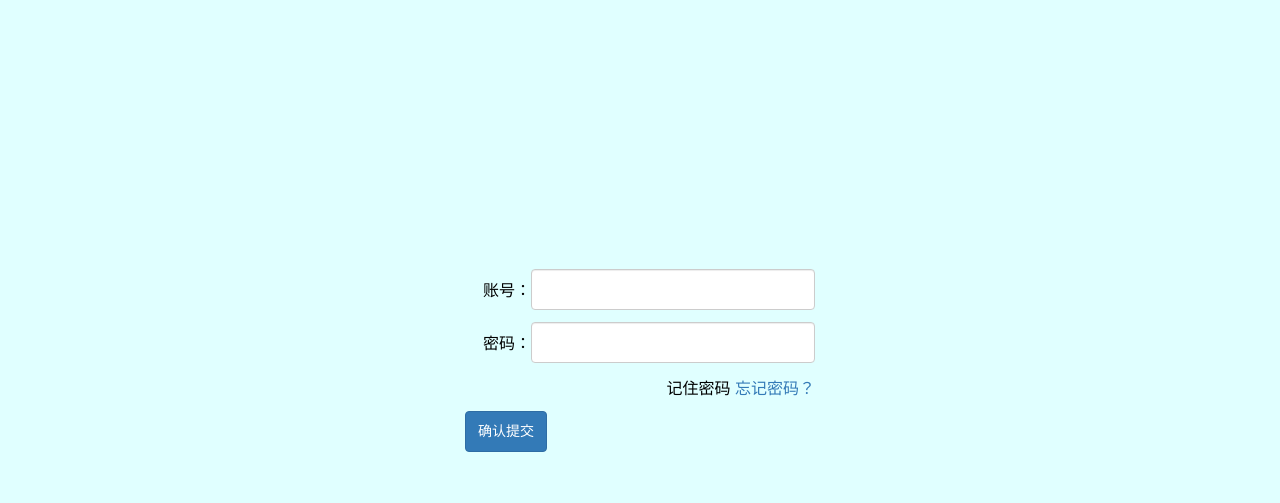
Repository: DeeFromChina/wechat
Page: http://localhost/wechat/jsp/login/login.jsp
The author's editor kept a copy of each file at every save. The page is drawn from the files as they stood at one save, then again after the next save.
The browser window is 1280 px wide. The pictures show the whole page.
The page is served by Tomcat 9. Other server files are loaded and not shown.

Above is the page before, as saved 2018-02-12 07:30:09.

### wechat/web/jsp/login/login.jsp
<%@ page language="java" import="java.util.*" pageEncoding="UTF-8"%>

<!DOCTYPE HTML PUBLIC "-//W3C//DTD HTML 4.01 Transitional//EN">
<html>
<head>
<%@include file="../common/common.jsp"%>
<title></title>
<meta name="viewport" content="width=device-width, initial-scale=1" />
<link rel="stylesheet" href="<%=baseCss %>login/login.css?randomId=<%=Math.random()%>" type="text/css"/>
<style>
</style>
</head>
<script src="<%=baseJs %>web-frame/jquery.cookie.js?randomId=<%=Math.random()%>"></script>
<script src="<%=baseJs %>login/login.js?randomId=<%=Math.random()%>"></script>
<body bgcolor="#E0FFFF">
	<form id="dataForm">
		<table class="login-top">
			<col class="wi25"/>
			<col class="wi75"/>
			<tr>
				<td class="textR">
					<font class="font-14">账号：</font>
				</td>
				<td>
					<input type="text" id="name" name="name" class="form-control" onkeydown="enter(event)">
				</td>
			</tr>
			<tr>
				<td class="textR">
					<font class="font-14">密码：</font>
				</td>
				<td>
					<input type="password" id="password" name="password" class="form-control input-class" onkeydown="enter(event)">
				</td>
			</tr>
			<tr>
				<td/>
				<td class="textR paddingRight19">
					<div>
					<input type="hidden" id="remeberId" value="1" />
					<img id="remeber" class="remeberImg" onclick="changeRemeber()" />
					<font class="font-14 color9A9A9A">记住密码</font>
					<a onclick="" class="font-14 color00B38A hand">
						忘记密码？
					</a>
				</td>
			</tr>
			<tr>
				<td colspan="2">
					<button type="button" class="btn btn-primary submitBtn" onclick="goSubmit()">
						确认提交
					</button>
				</td>
			</tr>
		</table>
	</form>
</body>
</html>

### wechat/web/jsp/common/common.jsp
<%@ page language="java" import="java.util.*" pageEncoding="UTF-8"%>
<%
response.setHeader("Cache-Control","no-store");
response.setHeader("Pragrma","no-cache");
response.setDateHeader("Expires",0);
String basePath = request.getContextPath();
String baseJs = request.getContextPath() + "/js/";
String baseCss = request.getContextPath() + "/css/";
String baseJsp = request.getContextPath() + "/jsp/";
String baseImg = request.getContextPath() + "/img/";
%>
<!DOCTYPE HTML PUBLIC "-//W3C//DTD HTML 4.01 Transitional//EN">
<html>
<head>
<title>wechat</title>
<meta http-equiv="expires" content="0">
<meta http-equiv="keywords" content="keyword1,keyword2,keyword3">
<meta http-equiv="description" content="This is my page">
<meta http-equiv="Pragma" content="no-cache">
<meta http-equiv="Cache-control" content="no-cache">
<meta http-equiv="Cache" content="no-cache">
<link href="<%=baseCss %>web-frame/bootstrap.min.css?randomId=<%=Math.random()%>" rel="stylesheet">
<link href="<%=baseCss %>web-frame/base.css?randomId=<%=Math.random()%>" rel="stylesheet">
<link href="<%=baseCss %>web-frame/bootstrap-datetimepicker.min.css?randomId=<%=Math.random()%>" rel="stylesheet" />
<link href="<%=baseCss %>common/common.css?randomId=<%=Math.random()%>" type="text/css"/>
</head>
<script src="<%=baseJs %>web-frame/jquery-3.1.1.min.js?randomId=<%=Math.random()%>" type="text/javascript"></script>
<script src="<%=baseJs %>web-frame/jquery-ui.min.js?randomId=<%=Math.random()%>"></script>
<script src="<%=baseJs %>web-frame/bootstrap.js?randomId=<%=Math.random()%>"></script>
<script src="<%=baseJs %>web-frame/bootstrap-datetimepicker.js?randomId=<%=Math.random()%>" type="text/javascript"></script>
<script src="<%=baseJs %>web-frame/bootstrap-datetimepicker.zh-CN.js?randomId=<%=Math.random()%>" type="text/javascript"></script>
<script src="<%=baseJs %>web-frame/ajaxfileupload.js?randomId=<%=Math.random()%>" type="text/javascript"></script>
<script src="<%=baseJs %>common/form.js?randomId=<%=Math.random()%>" type="text/javascript"></script>
<script src="<%=baseJs %>common/page.js?randomId=<%=Math.random()%>" type="text/javascript"></script>
<script src="<%=baseJs %>common/dictionaries.js?randomId=<%=Math.random()%>" type="text/javascript"></script>
<script src="<%=baseJs %>common/ajaxSubmit.js?randomId=<%=Math.random()%>" type="text/javascript"></script>
<script src="<%=baseJs %>common/common.js?randomId=<%=Math.random()%>" type="text/javascript"></script>
<script src="<%=baseJs %>common/checkUtil.js?randomId=<%=Math.random()%>" type="text/javascript"></script>
<script src="<%=baseJs %>common/VCode.js?randomId=<%=Math.random()%>" type="text/javascript"></script>
<script src="<%=baseJs %>common/checkbox.js?randomId=<%=Math.random()%>" type="text/javascript"></script>
<script language="javascript">
</script>
<body>
<input type="button" id="closeListenerBtn" class="hide" onclick="closedialog()"/>
</body>
</html>

### wechat/web/css/web-frame/base.css
input:focus{
	-webkit-transition:border linear .2s,-webkit-box-shadow linear .5s;
	border:1px #CCCCCC solid;
	-webkit-box-shadow:0 0 0px rgba(255,255,255);
	outline:none;
}
button{
	height:41px;
}
button:focus{
	outline:none;
}
.btn-primary:hover{
	-webkit-box-shadow:0 0 0px rgba(255,255,255);
	border:1px #00B389 solid;
}
.textL {
	align: left;
	text-align: left;
}

.textR {
	align: right;
	text-align: right;
}

.textC {
	align: center;
	text-align: center;
}

.triangle-up {
	width: 0;
	height: 0;
	border-left: 5px solid transparent;
	border-right: 5px solid transparent;
	border-bottom: 10px solid #00B38A;
}
.triangle-down {
	width: 0;
	height: 0;
	border-left: 5px solid transparent;
	border-right: 5px solid transparent;
	border-top: 10px solid #FFF;
}
.triangle-left {
	width: 0;
	height: 0;
	border-top: 5px solid transparent;
	border-bottom: 5px solid transparent;
	border-right: 10px solid #00B38A;
}
.circleA {
    width: 15px;
    height: 15px;
    background: #00B38A;
    -moz-border-radius: 5px;
    -webkit-border-radius: 5px;
    border-radius: 10px;
}
.circleB {
    width: 15px;
    height: 15px;
    -moz-border-radius: 5px;
    -webkit-border-radius: 5px;
    border-radius: 10px;
    border:1px #999999 solid;
}
.top-button{
	height:59px !important;
	width:100px;
	line-height:50px;
	text-align:center;
	color:#FFF !important;
	background-color:#000 !important;
}

### wechat/web/js/common/form.js
var form = function(param){
	this.value = param.value;
	this.id    = param.id;

	f = this;

	this.sys = function(){
		alert(this.value);
	}
}

### wechat/web/js/common/page.js
/**
 *
 * 1使用攻略
 *
 * */
var pages = {
		"imgPath":"/hibernateMvc/img/",
		1:"login/use_strategy.jsp",
		2:"user_question.jsp",
		3:"firm_strategy.jsp",
		4:"mainfirm_question.jsp",
		5:"maincontact_assistant.jsp",
		6:"login/loginPC.jsp",
		7:"login/registerPC.jsp"
	};

### wechat/web/js/common/dictionaries.js
var urlPrefix = window.location.origin;
var projectName = "/hibernateMvc/";
var jspPath = urlPrefix+projectName+"autojsp/";
var rootPath = urlPrefix+projectName;
var doc = document;
var map = {};

var companyNature = "["
				+"{\"id\":\"1\",\"value\":\"创业公司\"},"
				+"{\"id\":\"2\",\"value\":\"上市企业\"},"
				+"{\"id\":\"3\",\"value\":\"国营企业\"},"
				+"{\"id\":\"4\",\"value\":\"外资企业\"},"
				+"{\"id\":\"5\",\"value\":\"政府机构\"}"
				+"]";
var companyScale = "["
				+"{\"id\":\"1\",\"value\":\"少于50人\"},"
				+"{\"id\":\"2\",\"value\":\"50-100人\"},"
				+"{\"id\":\"3\",\"value\":\"100-500人\"},"
				+"{\"id\":\"4\",\"value\":\"500-1000人\"},"
				+"{\"id\":\"5\",\"value\":\"1000人以上\"}"
				+"]";
var education = "["
				+"{\"id\":\"1\",\"value\":\"博士\"},"
				+"{\"id\":\"2\",\"value\":\"硕士\"},"
				+"{\"id\":\"3\",\"value\":\"研究生\"},"
				+"{\"id\":\"4\",\"value\":\"本科\"},"
				+"{\"id\":\"5\",\"value\":\"专科\"},"
				+"{\"id\":\"6\",\"value\":\"高中\"},"
				+"{\"id\":\"7\",\"value\":\"其他\"}"
				+"]";
var workTime = "["
				+"{\"id\":\"2\",\"value\":\"3年以下\"},"
				+"{\"id\":\"3\",\"value\":\"3年\"},"
				+"{\"id\":\"4\",\"value\":\"4年\"},"
				+"{\"id\":\"5\",\"value\":\"5年\"},"
				+"{\"id\":\"6\",\"value\":\"6年\"},"
				+"{\"id\":\"7\",\"value\":\"7年\"},"
				+"{\"id\":\"8\",\"value\":\"8年\"},"
				+"{\"id\":\"9\",\"value\":\"9年\"},"
				+"{\"id\":\"10\",\"value\":\"10年\"},"
				+"{\"id\":\"11\",\"value\":\"10年以上\"}"
				+"]";
var currency = "["
				+"{\"id\":\"1\",\"value\":\"人民币\"},"
				+"{\"id\":\"2\",\"value\":\"港币\"},"
				+"{\"id\":\"3\",\"value\":\"新台币\"},"
				+"{\"id\":\"4\",\"value\":\"美金\"}"
				+"]";

### wechat/web/js/common/ajaxSubmit.js
$.fn.serializeObject = function() {
	var data = {};
	var a = this.serializeArray();
	$.each(a, function() {
		if (data[this.name]) {
			if (!data[this.name].push) {
				data[this.name] = [ data[this.name] ];
			}
			data[this.name].push(this.value || '');
		} else {
			data[this.name] = this.value || '';
		}
	});
	dataForm = data;
	return data;
}

$.fn.populateForm = function(data){
    return this.each(function(){
        var formElem, name;
        if(data == null){this.reset(); return; }
        for(var i = 0; i < this.length; i++){
            formElem = this.elements[i];
            //checkbox的name可能是name[]数组形式
            name = (formElem.type == "checkbox")? formElem.name.replace(/(.+)\[\]$/, "$1") : formElem.name;
            if(data[name] == undefined) continue;
            switch(formElem.type){
                case "checkbox":
                    if(data[name] == ""){
                        formElem.checked = false;
                    }else{
                        //数组查找元素
                        if(data[name].indexOf(formElem.value) > -1){
                            formElem.checked = true;
                        }else{
                            formElem.checked = false;
                        }
                    }
                break;
                case "radio":
                    if(data[name] == ""){
                        formElem.checked = false;
                    }else if(formElem.value == data[name]){
                        formElem.checked = true;
                    }
                break;
                case "button": break;
                default: formElem.value = data[name];
            }
        }
    });
};

function ajaxSumbit(urllink, formId, index) {
	var link = projectName + urllink;
	var formIndex = "";
	if(formId != undefined && formId != ""){
		formIndex = "#" + formId;
	}
	var dataResult;
	$.ajax({
		url : link, // 自行按需配置好完整的url，包括ip和端口号
		type : "POST",
		datatype : "text",
		data : JSON.stringify($(formIndex).serializeObject()),
		contentType : "application/json",
		async:false,
		error: function(request) {
            alert("Connection error");
        },
        success: function(result) {
        	console.log(link);
        	console.log(result);
        	returnSuccess(link,formId,index,result);
        }
	});
}
function fileUpload(urllink, formId, files, index) {
	var obj = $("#"+formId).serializeObject();
	var str = "";
	for(var o in obj){
		str += "&"+o+"="+obj[o];
	}
	var link = projectName + urllink + str;
	var dataResult;
    $.ajaxFileUpload( {
        url : link,     //用于文件上传的服务器端请求地址
        secureuri : false,            //一般设置为false
        fileElementId : files,        //文件上传的id属性  <input type="file" id="file" name="file" />
        dataType : 'json',            //返回值类型 一般设置为json
        type : 'POST',
        error: function(result) {
            alert("Connection error");
        },
        success : function(result) {
        	console.log(link);
        	console.log(result);
        	returnSuccess(link,formId,index,result);
        }
    });
}
function returnSuccess(link,formId,index,result){
	if(result == undefined){
		alert("数据错误！");
	}
	if(result == 'unlogin'){
		alert("请重新登陆！");
		top.location.href = rootPath+"index.jsp";
	}
	if(result.msg != undefined){
		alert(result.msg);
		dataResult = undefined;
		return;
	}
	if(result.status == '1'){
		alert("数据错误！");
	}
	if(result.status == '2'){
		if(result.data[2].toString() != ''){
			alert(result.data[2]);
		}
		map["param"] = result.data[1];
		parent.$('#mainFrame').attr("src",jspPath+result.data[0]);
	}
	if(result.status == '3'){
		if(result.data[2].toString() != ''){
			alert(result.data[2]);
		}
		map["param"] = result.data[1];
		top.location.href = jspPath+result.data[0];
	}
	dataResult = result.data;
	if(dataResult == 'normal'){
		dataResult = undefined;
		return;
	}
	if(index != undefined){
		goSuccess(dataResult, index);
	}
}

### wechat/web/js/common/checkUtil.js
function checkValidateCode(checkInputId){
	if($("#"+checkInputId).val() == undefined || $("#"+checkInputId).val() == ""){
		alert("请输入验证码!");
		return false;
	}
	var isPass = validateCode.verify($("#"+checkInputId).val());
	if(!isPass){
		validateCode.update();
		alert("验证码错误，请重新输入!");
		return false;
	}
	return true;
}

function isEmpty(val,name,isEmpty){
	if(!isEmpty){
		if(val == ''){
			alert("请输入"+name);
			return false;
		}
	}
	return true;
}

/*用于校验对象是否为空，空就返回空字符串*/
function returnString(obj){
	return obj == undefined ? "" : obj;
}
function isNull(obj){
	if(obj != undefined && obj != null && obj != ""){
		return false;
	}
	return true;
}

function checkInput(val,name,len,isNull){
	if(!isEmpty(val,name,isNull)) return false;
	if(val.length > len){
		alert(name+"长度过长");
		return false;
	}
	return true;
}

function isEmail(val,name,isNull){
	if(!isEmpty(val,name,isNull)) return false;

	if(val != '') {
		var reg=/^([a-zA-Z0-9_-])+@([a-zA-Z0-9_-])+((\.[a-zA-Z0-9_-]{2,3}){1,2})$/;
		if(!reg.test(val)){
			alert("输入电子邮件格式不正确!");
			return false;
		}
	}
	return true;
}

function checkpsw(val,name,slen,blen,isNull){
	if(!isEmpty(val,name,isNull)) return false;
	if(val.length > slen || val.length < blen){
		alert(name+"长度要在"+slen+"~"+blen+"之间");
		return false;
	}
	return true;
}

function checkNum(val,name,len,isNull){
	if(!isEmpty(val,name,isNull)) return false;
	if(val != ''){
		if(isNaN(val)){
			alert(name+"不是数字形式！");
			return false;
		}
	}
	if(val.length > len){
		alert(name+"长度过长");
		return false;
	}
	return true;
}
/*判断是否数字,不允许数字以外的字符输入,配合onkeydown使用(noNumbers(event))*/
function noNumbers(e){
	var keynum;
	var keychar;
	var numcheck;

	 // IE
	if(window.event){
		keynum = e.keyCode
	}
	else if(e.which){ // Netscape/Firefox/Opera
		keynum = e.which
	}
	keychar = String.fromCharCode(keynum);
	numcheck = /\d/;
	return !numcheck.test(keychar);
}
function checkFile(elementId,type){
	var filepath = $('#'+elementId).val().split(".");
	var pressless = "";
	var msg = "";
	pressless = filepath[filepath.length-1];
	if(pressless == undefined){
		msg = "请上传正确格式的文件!";
	}else if(type == "photo"){
		if(pressless != 'jpg' && pressless != 'png' && pressless != 'gif'){
			msg = "请上传图片类型文件！";
		}
	}
	if(msg != ""){
		$('#'+elementId).val("");
		alert(msg);
		return false;
	}else{
		return true;
	}
}
function BrowserType(){
    var userAgent = navigator.userAgent; //取得浏览器的userAgent字符串
    var isOpera = userAgent.indexOf("Opera") > -1; //判断是否Opera浏览器
    var isIE = userAgent.indexOf("compatible") > -1 && userAgent.indexOf("MSIE") > -1 && !isOpera; //判断是否IE浏览器
    var isEdge = userAgent.indexOf("Windows NT 6.1; Trident/7.0;") > -1 && !isIE; //判断是否IE的Edge浏览器
    var isFF = userAgent.indexOf("Firefox") > -1; //判断是否Firefox浏览器
    var isSafari = userAgent.indexOf("Safari") > -1 && userAgent.indexOf("Chrome") == -1; //判断是否Safari浏览器
    var isChrome = userAgent.indexOf("Chrome") > -1 && userAgent.indexOf("Safari") > -1; //判断Chrome浏览器

	if (isIE){
		var reIE = new RegExp("MSIE (\\d+\\.\\d+);");
		reIE.test(userAgent);
		var fIEVersion = parseFloat(RegExp["$1"]);
		if(fIEVersion == 7)  { return "IE7";}
		else if(fIEVersion == 8)  { return "IE8";}
		else if(fIEVersion == 9)  { return "IE9";}
		else if(fIEVersion == 10) { return "IE10";}
		else if(fIEVersion == 11) { return "IE11";}
		else { return "0"}//IE版本过低
	}//isIE end

    if (isFF) {  return "FF";}
    if (isOpera) {  return "Opera";}
    if (isSafari) {  return "Safari";}
    if (isChrome) { return "Chrome";}
    if (isEdge) { return "Edge";}
 }

### wechat/web/js/common/VCode.js
function createValidateCode(codeName){
    var container = document.getElementById(codeName);
    var code = new vCode(container, {
        len: 4,
        bgColor: "#444444",
        colors: [
            "#DDDDDD",
            "#DDFF77",
            "#77DDFF",
            "#99BBFF",
            //"#7700BB",
            "#EEEE00"
        ]
    });
    return code;
}
(function(){
var randstr = function(length){
var key = {

    str : [
        'a','b','c','d','e','f','g','h','i','j','k','l','m',
        'o','p','q','r','s','t','x','u','v','y','z','w','n',
        '0','1','2','3','4','5','6','7','8','9'
    ],

    randint : function(n,m){
        var c = m-n+1;
        var num = Math.random() * c + n;
        return  Math.floor(num);
    },

    randStr : function(){
        var _this = this;
        var leng = _this.str.length - 1;
        var randkey = _this.randint(0, leng);
        return _this.str[randkey];
    },

    create : function(len){
        var _this = this;
        var l = len || 10;
        var str = '';

        for(var i = 0 ; i<l ; i++){
            str += _this.randStr();
        }

        return str;
    }

};

length = length ? length : 10;

return key.create(length);
};

var randint = function(n,m){
var c = m-n+1;
var num = Math.random() * c + n;
return  Math.floor(num);
};

var vCode = function(dom, options){
this.codeDoms = [];
this.lineDoms = [];
this.initOptions(options);
this.dom = dom;
this.init();
this.addEvent();
this.update();
this.mask();
};

vCode.prototype.init = function(){
this.dom.style.position = "relative";
this.dom.style.overflow = "hidden";
this.dom.style.cursor = "pointer";
this.dom.title = "点击更换验证码";
this.dom.style.background = this.options.bgColor;
this.w = this.dom.clientWidth;
this.h = this.dom.clientHeight;
this.uW = this.w / this.options.len;
};

vCode.prototype.mask = function(){
var dom = document.createElement("div");
dom.style.cssText = [
    "width: 100%",
    "height: 100%",
    "left: 0",
    "top: 0",
    "position: absolute",
    "cursor: pointer",
    "z-index: 9999999"
].join(";");

dom.title = "点击更换验证码";

this.dom.appendChild(dom);
};

vCode.prototype.addEvent = function(){
var _this = this;
_this.dom.addEventListener("click", function(){
    _this.update.call(_this);
});
};

vCode.prototype.initOptions = function(options){

var f = function(){
    this.len = 4;
    this.fontSizeMin = 20;
    this.fontSizeMax = 48;
    this.colors = [
        "green",
        "red",
        "blue",
        "#53da33",
        "#AA0000",
        "#FFBB00"
    ];
    this.bgColor = "#FFF";
    this.fonts = [
        "Times New Roman",
        "Georgia",
        "Serif",
        "sans-serif",
        "arial",
        "tahoma",
        "Hiragino Sans GB"
    ];
    this.lines = 8;
    this.lineColors = [
        "#888888",
        "#FF7744",
        "#888800",
        "#008888"
    ];

    this.lineHeightMin = 1;
    this.lineHeightMax = 3;
    this.lineWidthMin = 1;
    this.lineWidthMax = 60;
};

this.options = new f();

if(typeof options === "object"){
    for(i in options){
        this.options[i] = options[i];
    }
}
};

vCode.prototype.update = function(){
for(var i=0; i<this.codeDoms.length; i++){
    this.dom.removeChild(this.codeDoms[i]);
}
for(var i=0; i<this.lineDoms.length; i++){
    this.dom.removeChild(this.lineDoms[i]);
}
this.createCode();
this.draw();
};

vCode.prototype.createCode = function(){
this.code = randstr(this.options.len);
};

vCode.prototype.verify = function(code){
	return this.code === code;
};

vCode.prototype.realcode = function(){
	return this.code;
};

vCode.prototype.draw = function(){
this.codeDoms = [];
for(var i=0; i<this.code.length; i++){
    this.codeDoms.push(this.drawCode(this.code[i], i));
}

this.drawLines();
};

vCode.prototype.drawCode = function(code, index){
var dom = document.createElement("span");

dom.style.cssText = [
    "font-size:" + randint(this.options.fontSizeMin, this.options.fontSizeMax) + "px",
    "color:" + this.options.colors[randint(0,  this.options.colors.length - 1)],
    "position: absolute",
    "left:" + randint(this.uW * index, this.uW * index + this.uW - 10) + "px",
    "top:" + randint(0, this.h - 30) + "px",
    "transform:rotate(" + randint(-30, 30) + "deg)",
    "-ms-transform:rotate(" + randint(-30, 30) + "deg)",
    "-moz-transform:rotate(" + randint(-30, 30) + "deg)",
    "-webkit-transform:rotate(" + randint(-30, 30) + "deg)",
    "-o-transform:rotate(" + randint(-30, 30) + "deg)",
    "font-family:" + this.options.fonts[randint(0, this.options.fonts.length - 1)],
    "font-weight:" + randint(400, 900)
].join(";");

dom.innerHTML = code;
this.dom.appendChild(dom);

return dom;
};

vCode.prototype.drawLines = function(){
this.lineDoms = [];
for(var i=0; i<this.options.lines; i++){
    var dom = document.createElement("div");

    dom.style.cssText = [
        "position: absolute",
        "opacity: " + randint(3, 8) / 10,
        "width:" + randint(this.options.lineWidthMin, this.options.lineWidthMax) + "px",
        "height:" + randint(this.options.lineHeightMin, this.options.lineHeightMax) + "px",
        "background: " + this.options.lineColors[randint(0, this.options.lineColors.length - 1)],
        "left:" + randint(0, this.w - 20) + "px",
        "top:" + randint(0, this.h) + "px",
        "transform:rotate(" + randint(-30, 30) + "deg)",
        "-ms-transform:rotate(" + randint(-30, 30) + "deg)",
        "-moz-transform:rotate(" + randint(-30, 30) + "deg)",
        "-webkit-transform:rotate(" + randint(-30, 30) + "deg)",
        "-o-transform:rotate(" + randint(-30, 30) + "deg)",
        "font-family:" + this.options.fonts[randint(0, this.options.fonts.length - 1)],
        "font-weight:" + randint(400, 900)
    ].join(";");
    this.dom.appendChild(dom);

    this.lineDoms.push(dom);
}
};

this.vCode = vCode;

}).call(this);

### wechat/web/css/login/login.css
.login-top{
	width: 100%;
	border-collapse:separate;
	border-spacing:0px 12.5px;
}
#dataForm{
	width:350px;
}

### wechat/web/js/login/login.js
$(window).resize(function(){
    $("#dataForm").css({
        position: "absolute",
        left: ($(window).width() - $("#dataForm").outerWidth())/2,
        top: ($(window).height() - $("#dataForm").outerHeight())/2
    });
});
$(function(){
	console.log($(window).width());
	console.log($("#dataForm").outerWidth());
    $(window).resize();
});

Loaded but not shown: wechat/web/css/web-frame/bootstrap.min.css (library); wechat/web/css/web-frame/bootstrap-datetimepicker.min.css (library); wechat/web/js/web-frame/jquery-3.1.1.min.js (library); wechat/web/js/web-frame/jquery-ui.min.js (library); wechat/web/js/web-frame/bootstrap.js (library); wechat/web/js/web-frame/bootstrap-datetimepicker.js (library); wechat/web/js/web-frame/bootstrap-datetimepicker.zh-CN.js (common file); wechat/web/js/web-frame/jquery.cookie.js (library); wechat/web/js/common/common.js (500 lines, source omitted); wechat/web/js/web-frame/ajaxfileupload.js (244 lines, source omitted); wechat/web/js/common/checkbox.js (267 lines, source omitted)

After the next save:
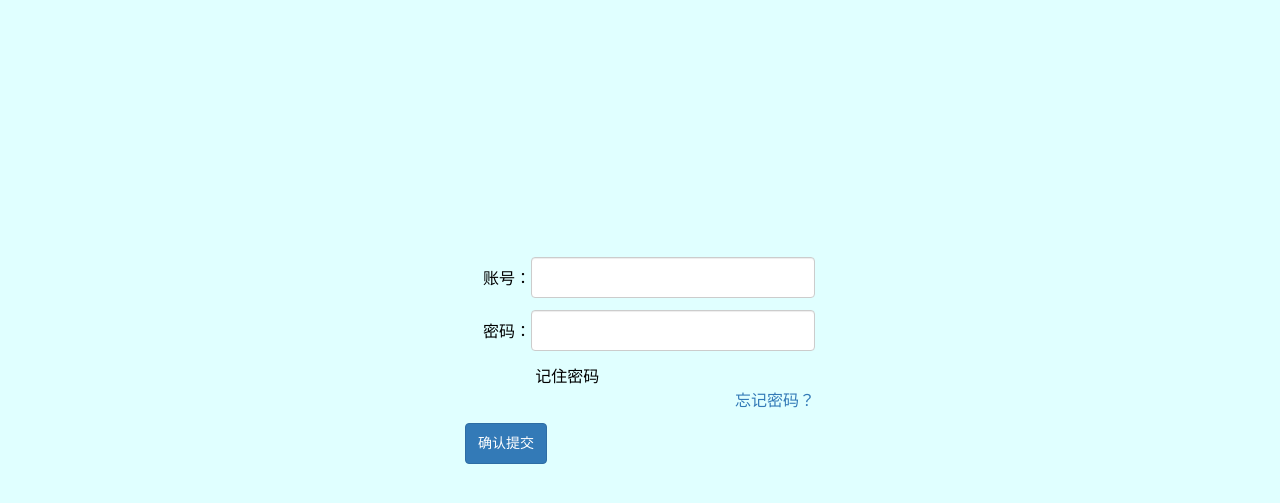
Saved 24 s later.
--- a/wechat/web/jsp/login/login.jsp
+++ b/wechat/web/jsp/login/login.jsp
@@ -36,13 +36,16 @@
 			<tr>
 				<td/>
 				<td class="textR paddingRight19">
-					<div>
-					<input type="hidden" id="remeberId" value="1" />
-					<img id="remeber" class="remeberImg" onclick="changeRemeber()" />
-					<font class="font-14 color9A9A9A">记住密码</font>
-					<a onclick="" class="font-14 color00B38A hand">
-						忘记密码？
-					</a>
+					<div class="textL">
+						<input type="hidden" id="remeberId" value="1" />
+						<img id="remeber" class="remeberImg" onclick="changeRemeber()" />
+						<font class="font-14 color9A9A9A">记住密码</font>
+					</div>
+					<div class="textR">
+						<a onclick="" class="font-14 color00B38A hand">
+							忘记密码？
+						</a>
+					</div>
 				</td>
 			</tr>
 			<tr>
